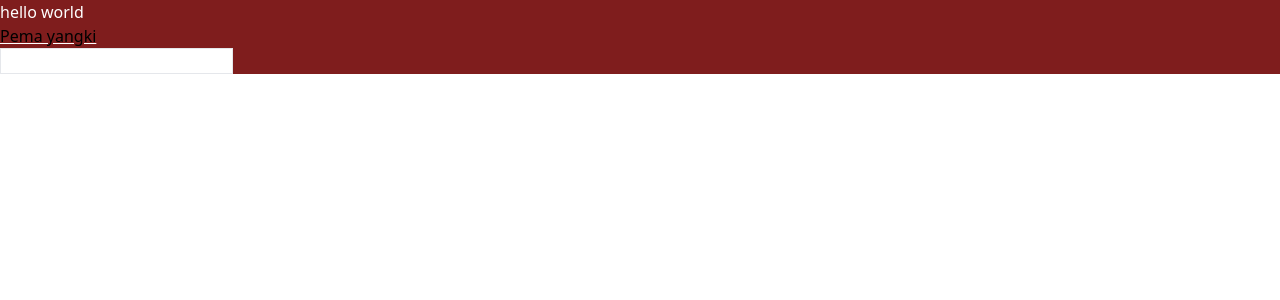
Repository: Pema-yangki/Css
Page: tailwind.html
The author's editor kept a copy of each file at every save. The page is drawn from the files as they stood at one save, then again after a run of saves.
The browser window is 1280 px wide. The pictures show the whole page.
Some web libraries are served in a nearby version.

Above is the page before, as saved 2024-04-12 10:32:47.

After the next 2 saves:
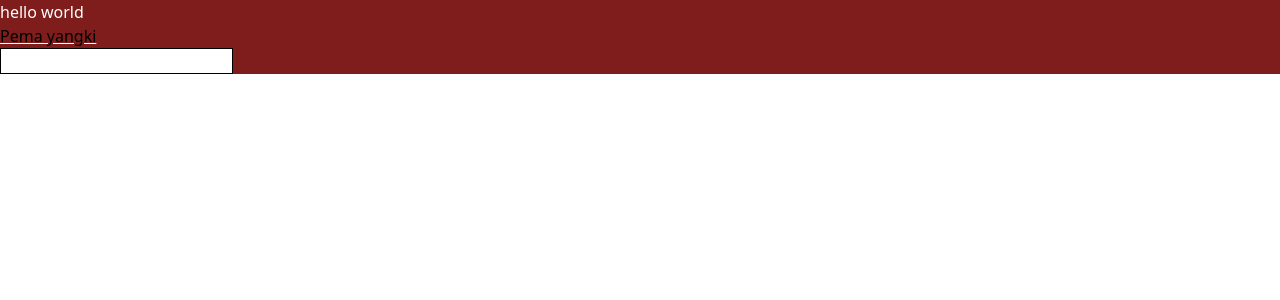
The 2 saves are shown as one change because they came seconds apart.
The last was saved 13 s later.
--- a/tailwind.html
+++ b/tailwind.html
@@ -10,7 +10,7 @@
     <div class="bg-red-900">
         <h1 class="text-white">hello world</h1>
         <h1 class="underline decoration-white">Pema yangki</h1>
-        <input type="text" class="border border"
+        <input type="text" class="border border-black">
     </div>
 
 </body>
